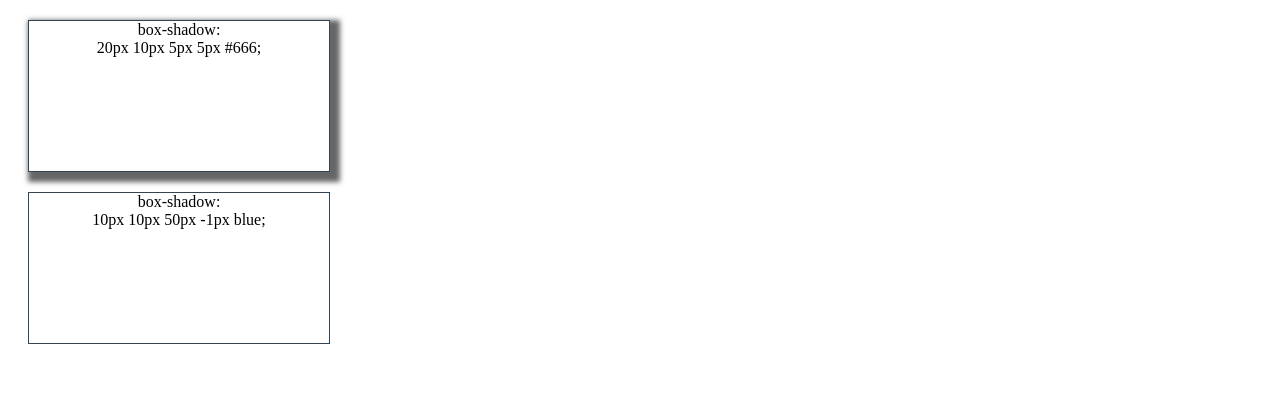
Repository: SeungjaeYu/webstudy
Page: webstudy/06_css/08_shadow/02_box-shadow.htm
These files come from the project's save history. The page is drawn as it stood at one moment and after a run of saves; the edit follows.
The browser window is 1280 px wide. The pictures show the whole page.

Above is the page before, as saved 2019-08-28 14:45:20.

After the next 2 saves:
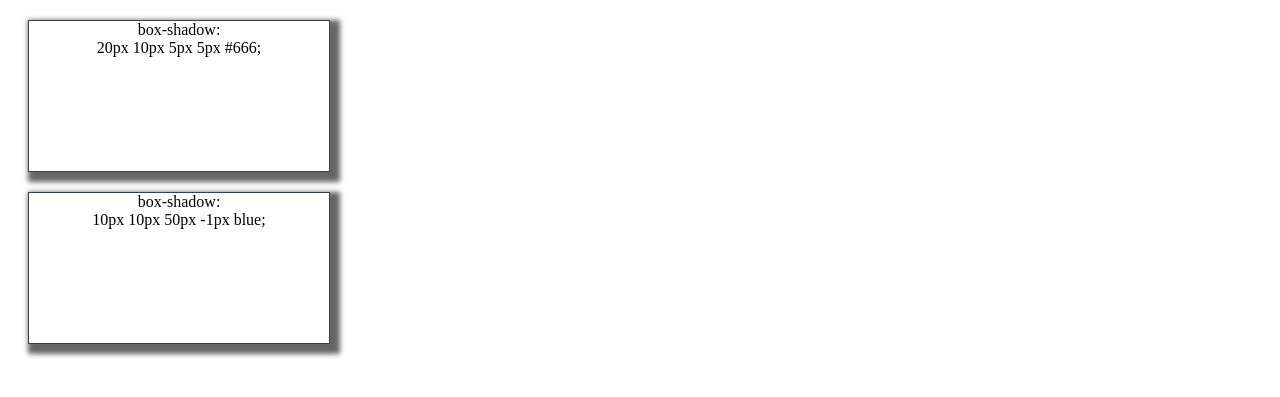
The 2 saves are shown as one change because they came seconds apart.
The last was saved 49 s later.
--- a/webstudy/06_css/08_shadow/02_box-shadow.htm
+++ b/webstudy/06_css/08_shadow/02_box-shadow.htm
@@ -34,6 +34,10 @@
         box-shadow: 20px 10px 5px 5px #666;
         box-shadow: 5px 5px 5px 5px #666;
     }
+    .shadow2 {
+        box-shadow: 20px 10px 5px 5px #666;
+        box-shadow: 5px 5px 5px 5px #666;
+    }
 
 
 </style>
